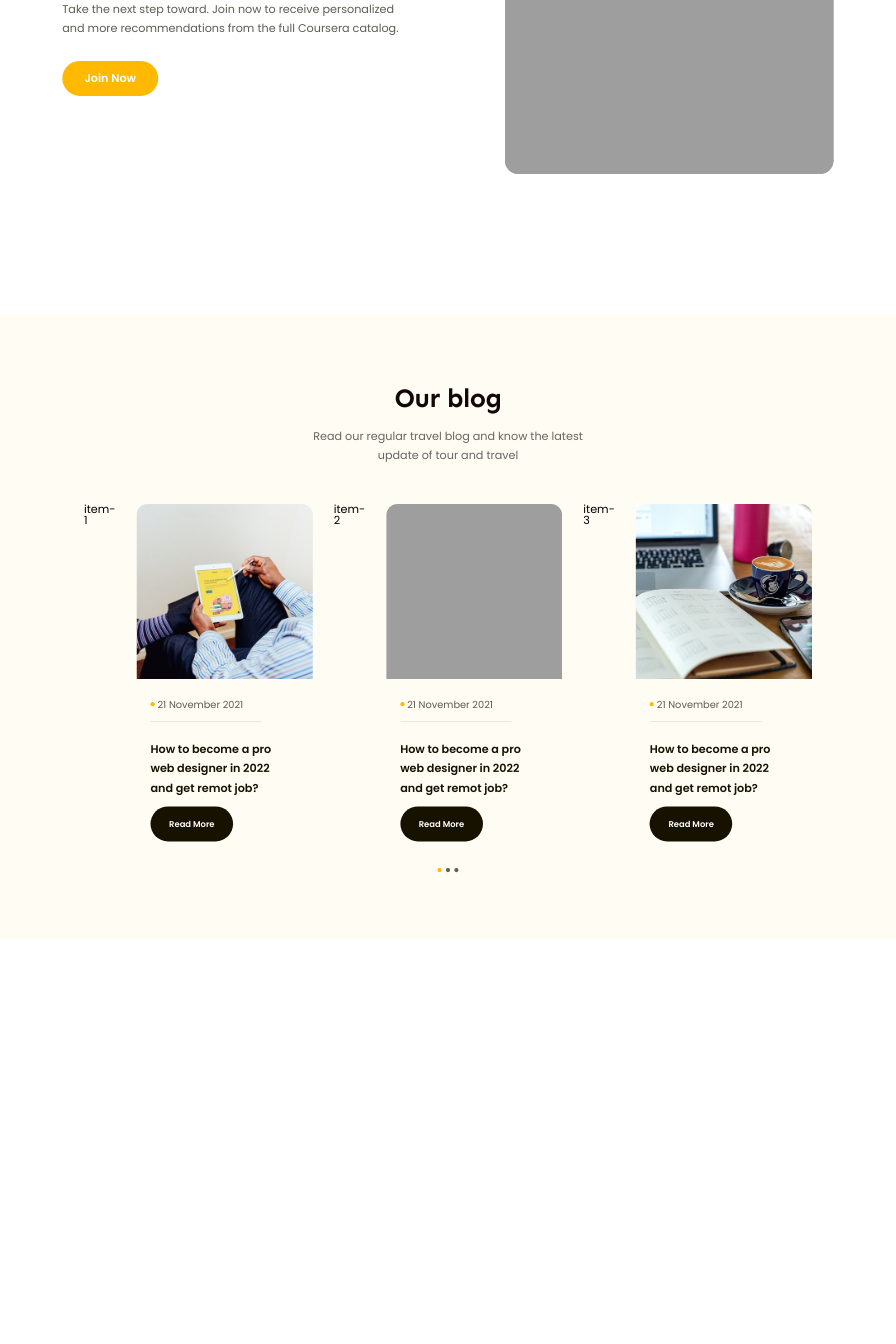
Repository: dovanlanh/f8-project-02
Page: index.html
These files come from the project's save history. The page is drawn as it stood at one moment and after the next save; the edit follows.
The browser window is 1280 px wide. The pictures show the part of the page from y = 3360 to 5280 px (the page is 10000 px tall), at 70% of full size.
Pictures or frames that could not be fetched are drawn as grey boxes.

Above is the page before, as saved 2023-02-10 15:41:19.

After the next save:
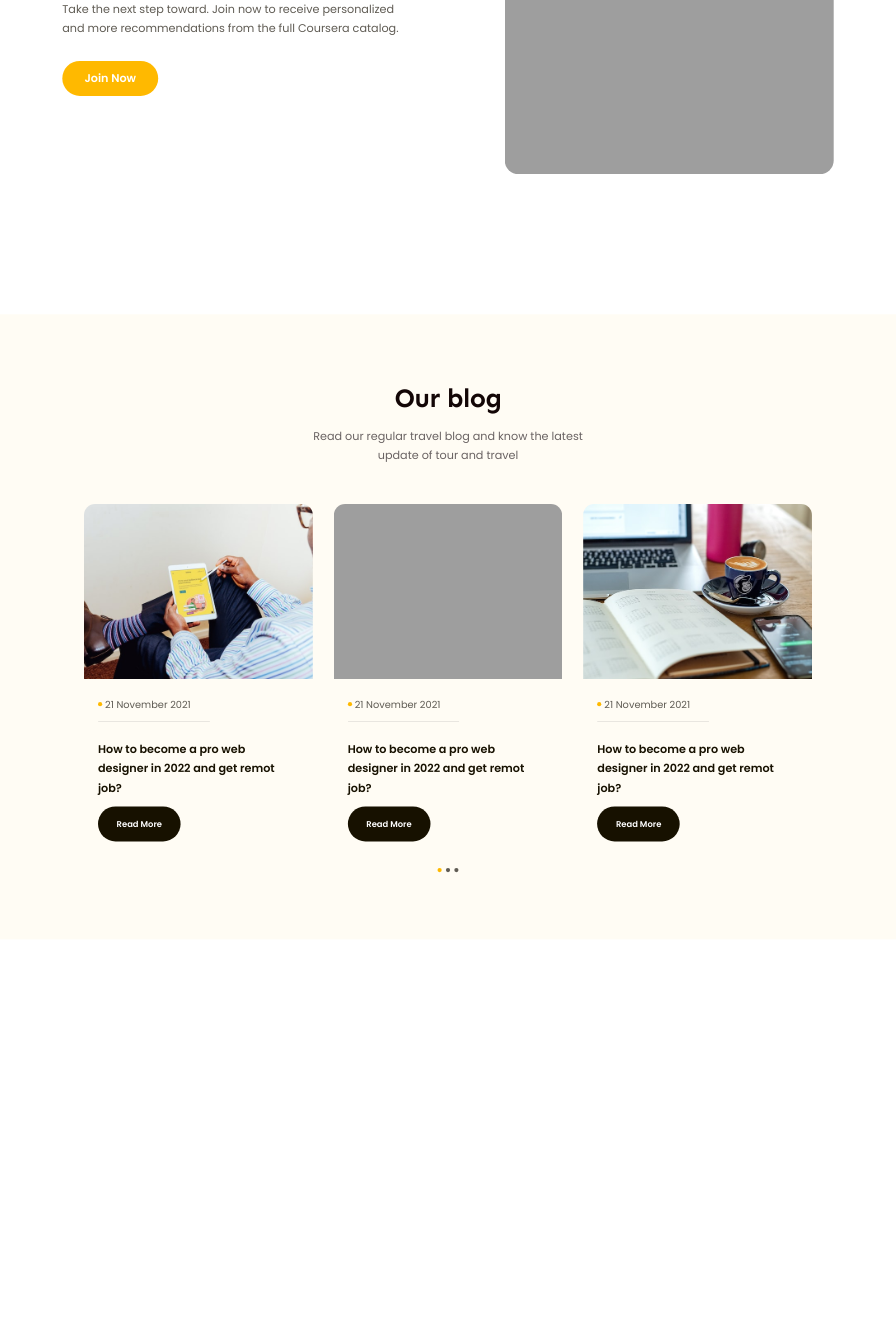
Saved 13 s later.
--- a/index.html
+++ b/index.html
@@ -300,7 +300,7 @@
                     <p class="blog__desc">Read our regular travel blog and know the latest update of tour and travel</p>
                 </div>
                 <div class="blog-list">
-                    item-1
+                    <!-- item-1 -->
                     <div class="blog-item">
                         <img src="./assets/img/blog-1.jpg" alt="How to become a pro web designer in 2022 and get remot job?" class="thumb">
                         <div class="blog-info">
@@ -311,7 +311,7 @@
                                 <a class="btn" href="#!">Read More</a>
                         </div>
                     </div>
-                    item-2
+                    <!-- item-2 -->
                     <div class="blog-item">
                         <img src="./assets/img/blog-2.jpg" alt="How to become a pro web designer in 2022 and get remot job?" class="thumb">
                         <div class="blog-info">
@@ -322,7 +322,7 @@
                                 <a class="btn" href="#!">Read More</a>
                         </div>
                     </div>
-                    item-3
+                    <!-- item-3 -->
                     <div class="blog-item">
                         <img src="./assets/img/blog-3.jpg" alt="How to become a pro web designer in 2022 and get remot job?" class="thumb">
                         <div class="blog-info">
